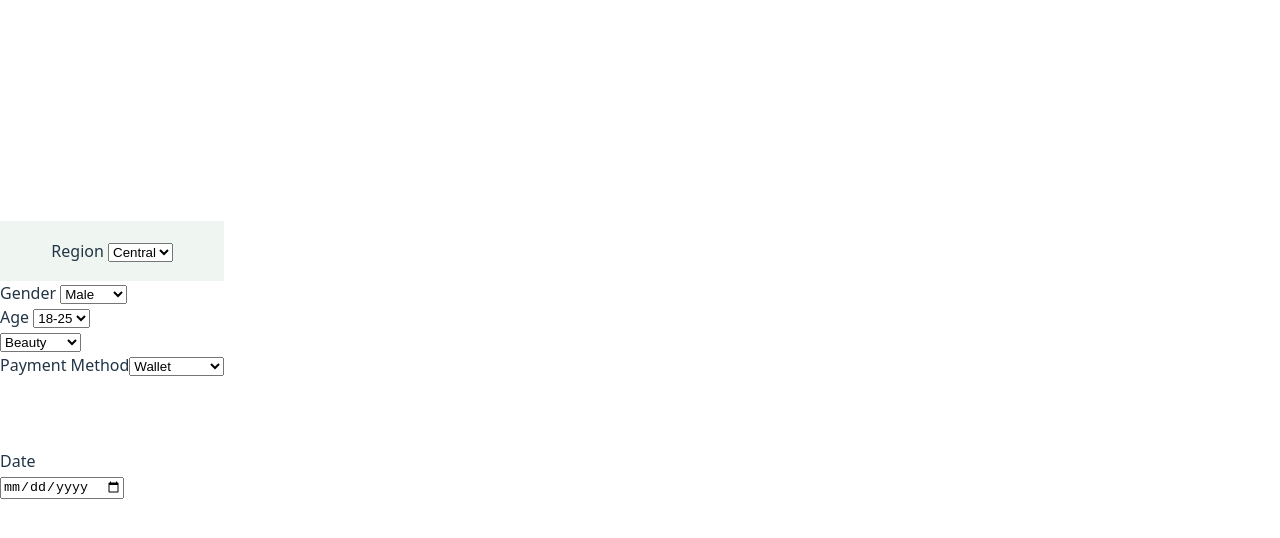
Repository: SandeepYadav18717/TruEstae
Page: / (app in TruEstae/)
The author's editor kept a copy of each file at every save. The page is drawn from the files as they stood at one save, then again after a run of saves.
The browser window is 1280 px wide. The pictures show the whole page.
The project was rebuilt for these pictures with package versions that can differ from the ones it lists, and the page was loaded fresh each time. Also part of the build but not shown: TruEstae/vite.config.js, TruEstae/src/App.css, TruEstae/src/Styles/Logo.css, TruEstae/src/Pages/Logo.jsx, TruEstae/src/Styles/search_bar.css, TruEstae/src/components/search_bar.jsx.

Above is the page before, as saved 2025-12-07 00:39:34.

After the next 3 saves:
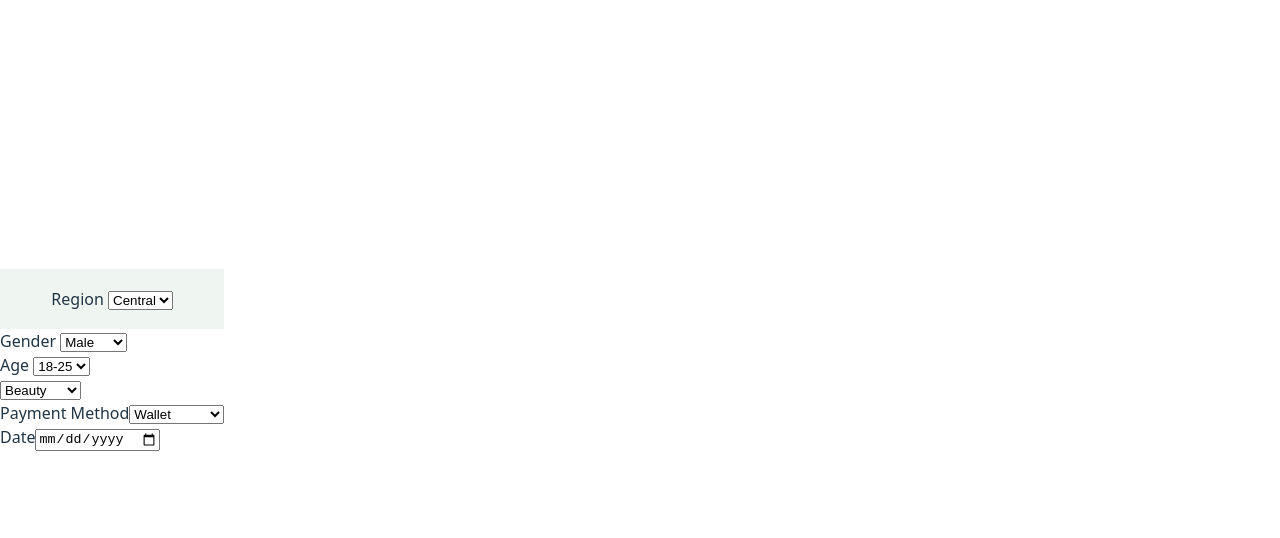
The 3 saves are shown as one change because they came seconds apart.
The last was saved 9 s later.
--- a/TruEstae/src/Pages/Home.jsx
+++ b/TruEstae/src/Pages/Home.jsx
@@ -59,12 +59,11 @@ function Home() {
         </select>
       </div>
 
-      <br />
+
       <div id="Date">
-        <br></br>
-        <br />
+
         <label>Date</label>
-        <br />
+
         <input type="date" />
       </div>
     </>
